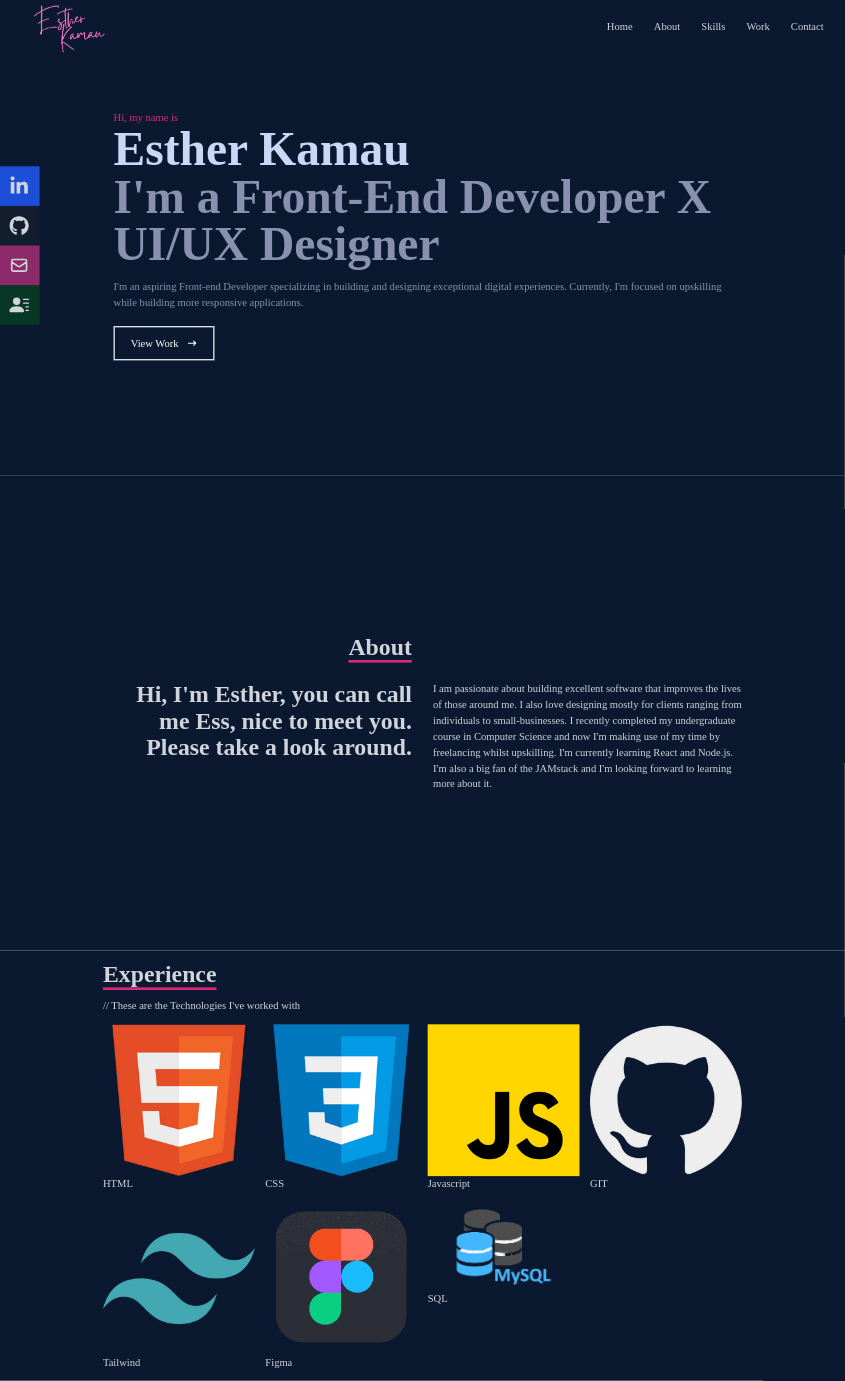
Repository: Esther-Kamau/Z-to-M
Page: /
An editor plug-in stored every save of this project. The page is shown before and after the next save, followed by the edit.
The browser window is 1280 px wide. The pictures show the whole page, at 66% of full size.
The project was rebuilt for these pictures with package versions that can differ from the ones it lists, and the page was loaded fresh each time.

Above is the page before, as saved 2023-02-27 18:02:03.

After the next save:
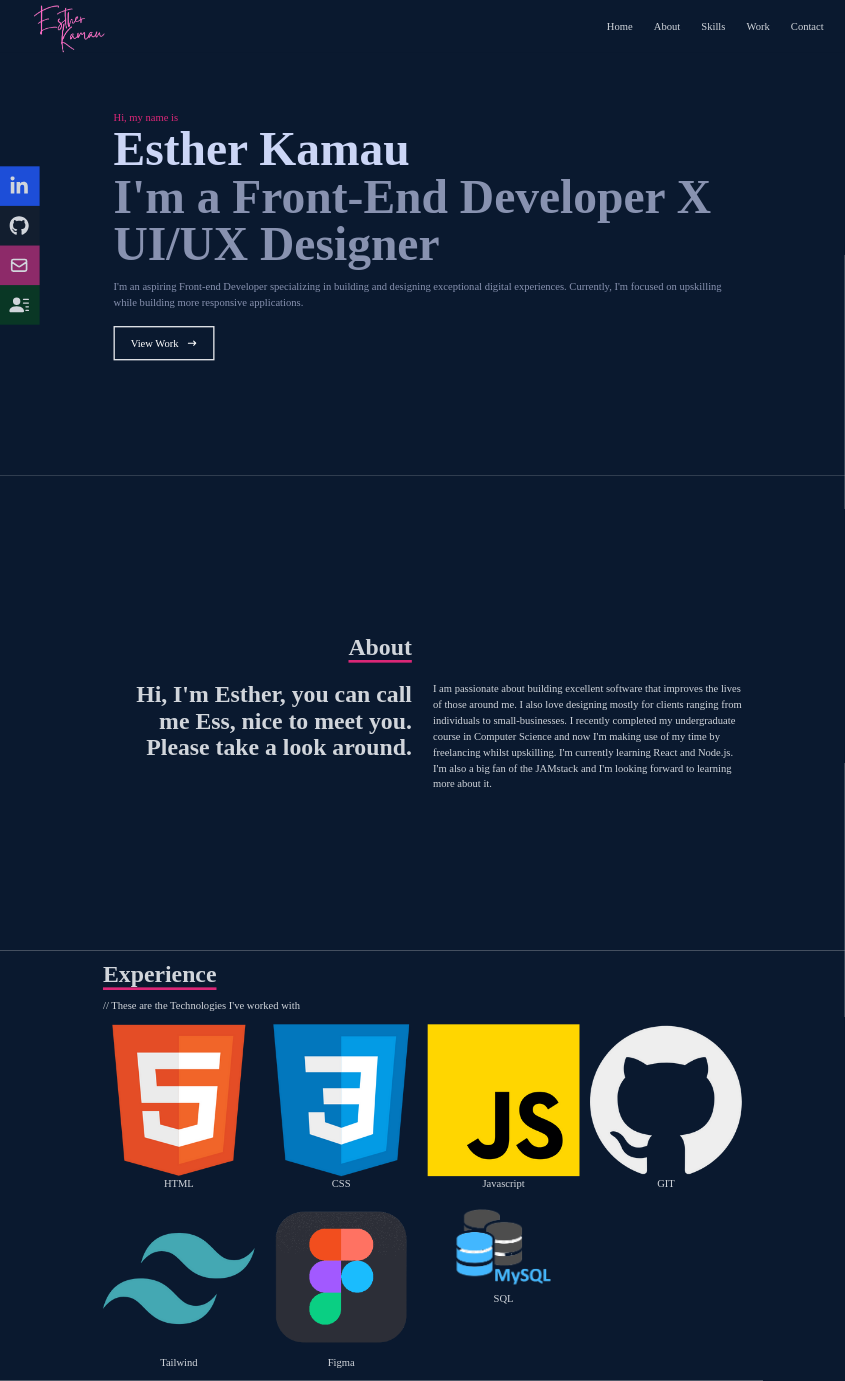
Saved 5 s later.
--- a/src/components/Skills.jsx
+++ b/src/components/Skills.jsx
@@ -20,7 +20,7 @@
             <p className='text-4xl font-bold inline border-b-4 border-pink-600 '>Experience</p>
             <p className='py-4'>// These are the Technologies I've worked with</p>
         </div>
-        <div className='w-full grid grid-cols-2 sm:grid-cols-4 gap-4'>
+        <div className='w-full grid grid-cols-2 sm:grid-cols-4 gap-4 text-center'>
         <div>
             <img src={HTML} alt="HTML icon" />
             <p>HTML</p>
